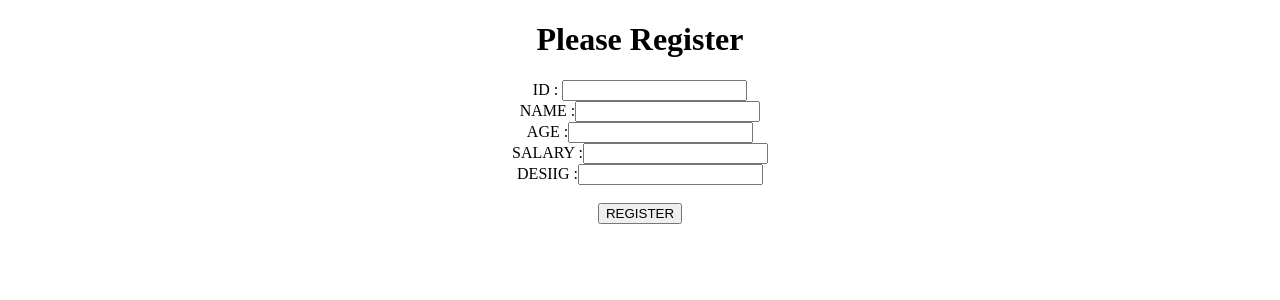
Repository: Thaneshwara848/E-Y
Page: Jdbc-Servlet-Jsp/WbeDemo2/src/main/webapp/Register.html
These files come from the project's save history. The page is drawn as it stood at one moment and after the next save; the edit follows.
The browser window is 1280 px wide. The pictures show the whole page.

Above is the page before, as saved 2023-05-19 11:34:11.

After the next save:
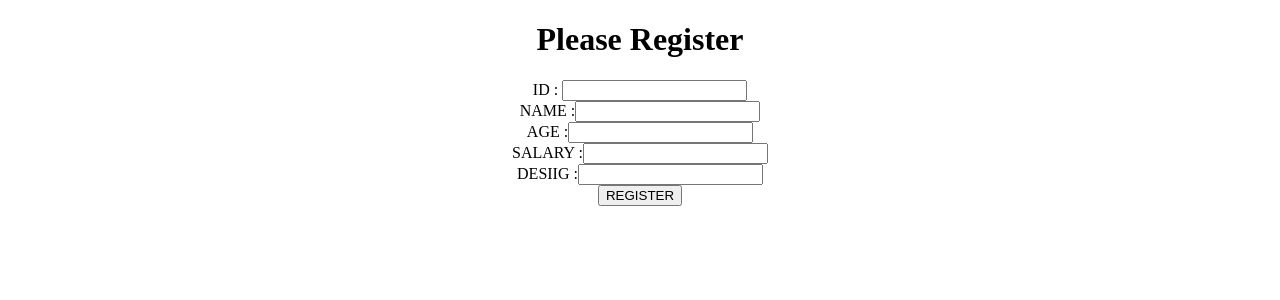
Saved 12 s later.
--- a/Jdbc-Servlet-Jsp/WbeDemo2/src/main/webapp/Register.html
+++ b/Jdbc-Servlet-Jsp/WbeDemo2/src/main/webapp/Register.html
@@ -16,11 +16,10 @@
 		SALARY :<input type="text" name="usalary"><br>
 		DESIIG :<input type="text" name="udesig"><br>
 
+	<input type="submit" value="REGISTER">
+
 	</form>
 	<br>
-
-	<input type="submit" value="REGISTER">
-
 </div>
 
 </body>
